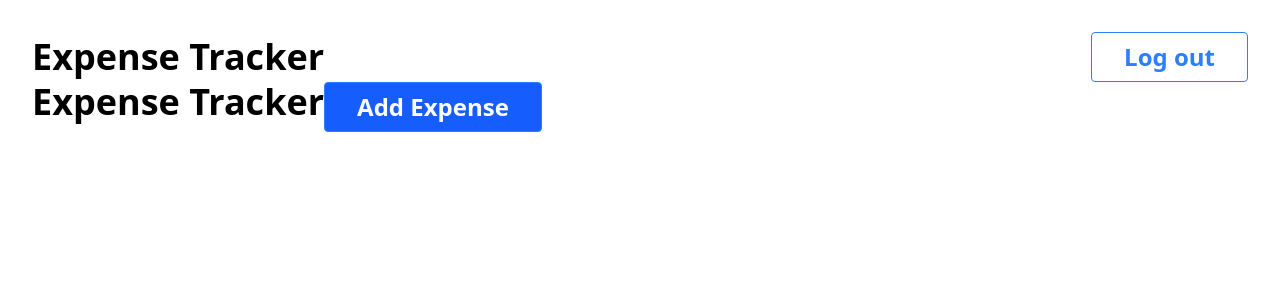
Repository: Syed-Mohsin-Ali786/frontend-expense-tracker
Page: /
The author's editor kept a copy of each file at every save. The page is drawn from the files as they stood at one save, then again after the next save.
The browser window is 1280 px wide. The pictures show the whole page.
The project was rebuilt for these pictures with package versions that can differ from the ones it lists, and the page was loaded fresh each time.

Above is the page before, as saved 2025-09-28 14:03:07.

### src/App.tsx

import './App.css'

function App() {


  return (
    <div className=' mt-4 mx-4 p-4'>
      {/* Header */}
      <header className='flex items-center justify-between'>
     <h1 className='text-4xl  font-semibold'>Expense Tracker</h1>
     <button className=' border border-blue-500 py-2 px-3 md:px-6 lg:px-8 rounded font-semibold text-blue-500 text-2xl '>Log out</button>
      </header>

      {/* The main page */}
<section>
  {/* Expenses */}
<div className='flex'>
<h1 className='text-4xl  font-semibold'>Expense Tracker</h1>
     <button className='bg-blue-600 border border-blue-500 py-2 px-3 md:px-6 lg:px-8 rounded font-semibold text-[#ffff] text-2xl '>Add Expense</button>

</div>
{/* Charts */}
<div>

</div>
</section>
    </div>
  )
}

export default App

Loaded but not shown: index.html (common file); src/main.tsx (common file); src/App.css (common file)

After the next save:
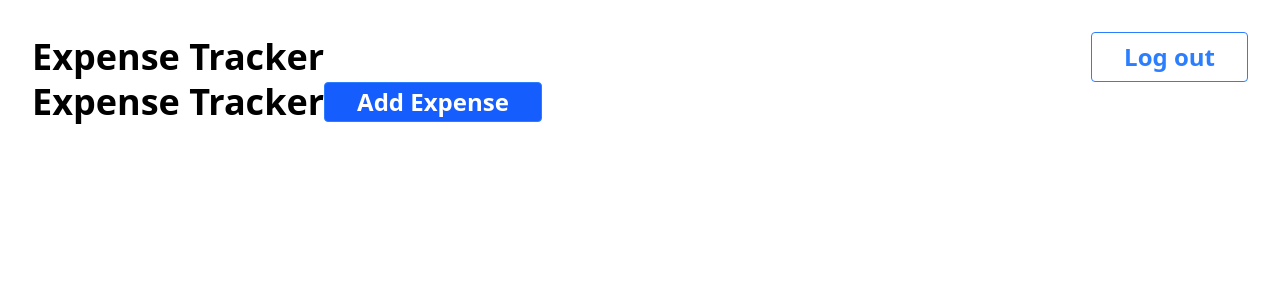
Saved 24 s later.
--- a/src/App.tsx
+++ b/src/App.tsx
@@ -17,7 +17,7 @@ function App() {
   {/* Expenses */}
 <div className='flex'>
 <h1 className='text-4xl  font-semibold'>Expense Tracker</h1>
-     <button className='bg-blue-600 border border-blue-500 py-2 px-3 md:px-6 lg:px-8 rounded font-semibold text-[#ffff] text-2xl '>Add Expense</button>
+     <button className='bg-blue-600 border border-blue-500 px-3 md:px-6 lg:px-8 rounded font-semibold text-[#ffff] text-2xl '>Add Expense</button>
 
 </div>
 {/* Charts */}
